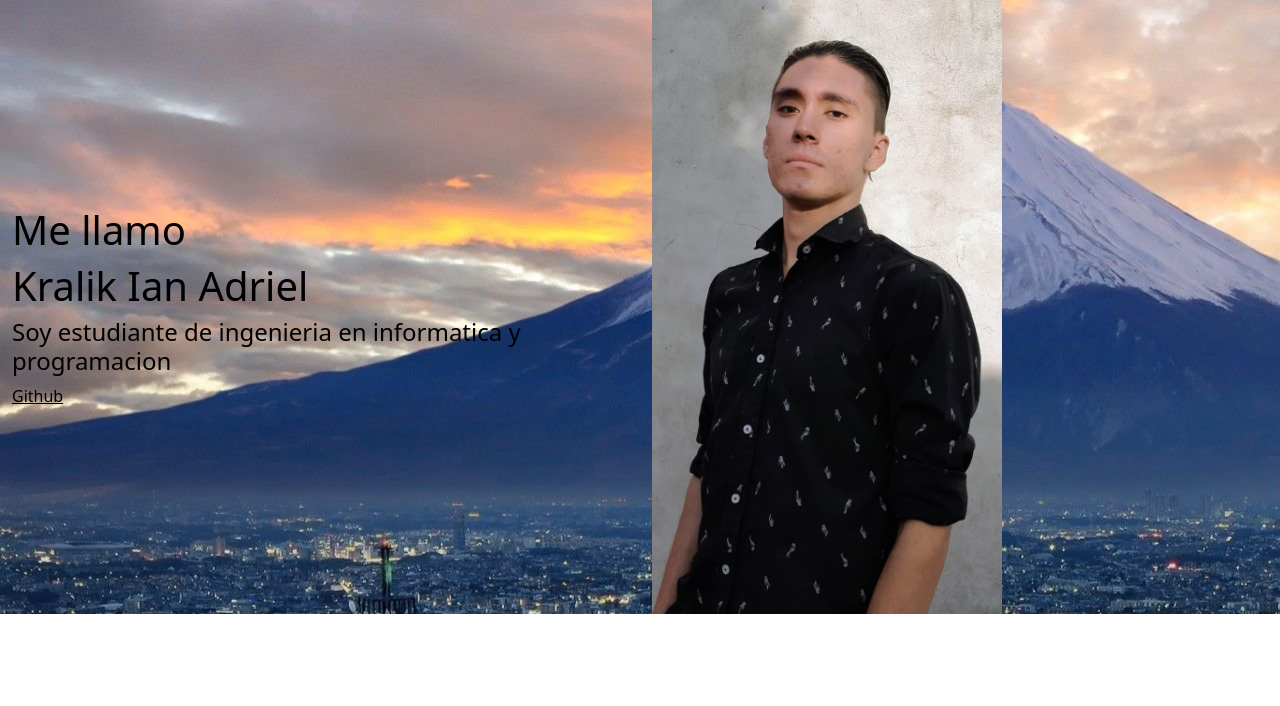
Repository: IanKralik/repositorio-de-prueba
Page: Prueba/index.html
These files come from the project's save history. The page is drawn as it stood at one moment and after the next save; the edit follows.
The browser window is 1280 px wide. The pictures show the whole page.

Above is the page before, as saved 2022-12-06 17:21:43.

After the next save:
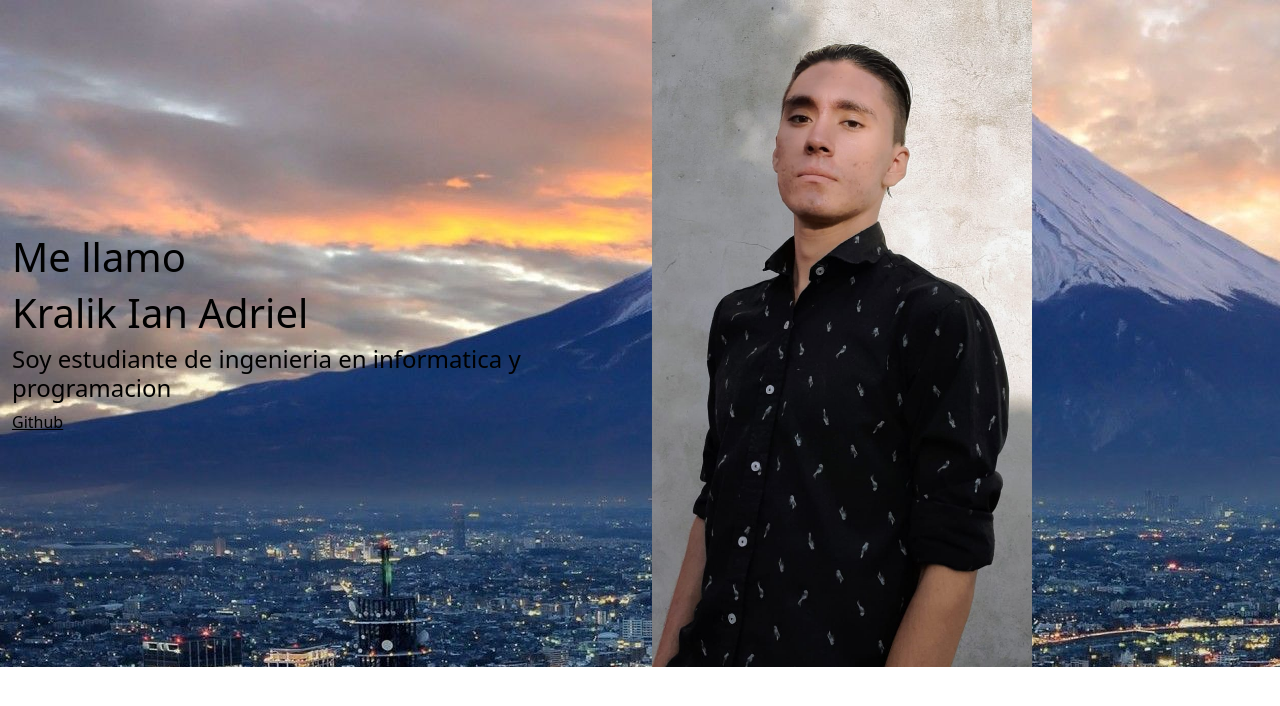
Saved 25 s later.
--- a/Prueba/index.html
+++ b/Prueba/index.html
@@ -27,7 +27,7 @@
                     <a   type="button"  class="color" href="https://github.com/IanKralik">Github</a>
                     </div>
                 <div class="col align-items-end">
-                    <img src="fotoian.jpg" class="img-fluid" alt="Mi foto de perfil" width="350" height="480">
+                    <img src="fotoian.jpg" class="img-fluid" alt="Mi foto de perfil" width="380" height="480">
                 </div>
                 </div>
             </div>
